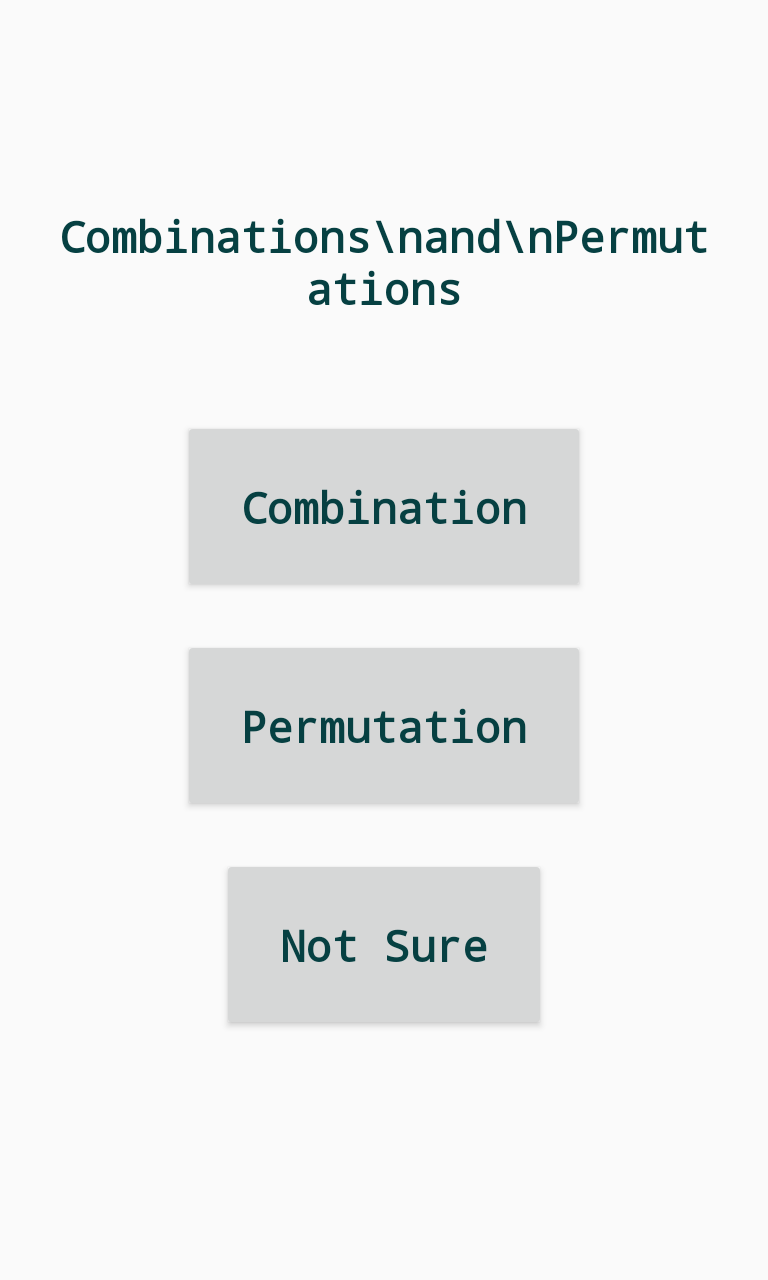
Repository: rontejada1991/Combinations-and-Permutations-Android-App
Layout: combinations/res/layout/activity_main.xml
The author's editor kept a copy of each file at every save. The layout is drawn from the files as they stood at one save, then again after the next save.
It is drawn on a 768 x 1280 px phone screen (xhdpi) without system bars, with theme AppTheme; the app's code is not run.

Above is the layout before, as saved 2014-11-07 20:05:30.

After the next save:
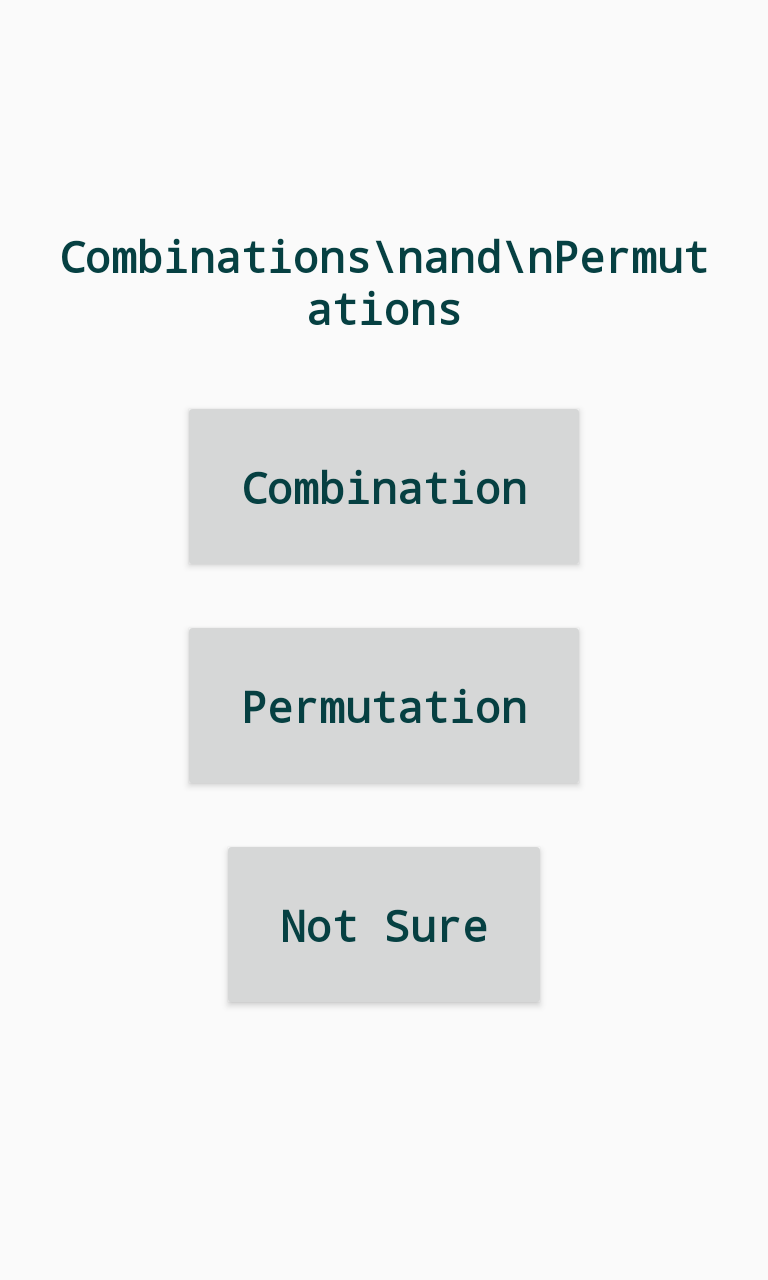
Saved 10 s later.
--- a/combinations/res/layout/activity_main.xml
+++ b/combinations/res/layout/activity_main.xml
@@ -12,7 +12,7 @@
         style="@style/CodeFont"
         android:layout_width="fill_parent"
         android:text="Combinations\nand\nPermutations"
-        android:layout_marginBottom="50dp" />
+        android:layout_marginBottom="30dp" />
 
     <Button
         android:id="@+id/b_begin"
